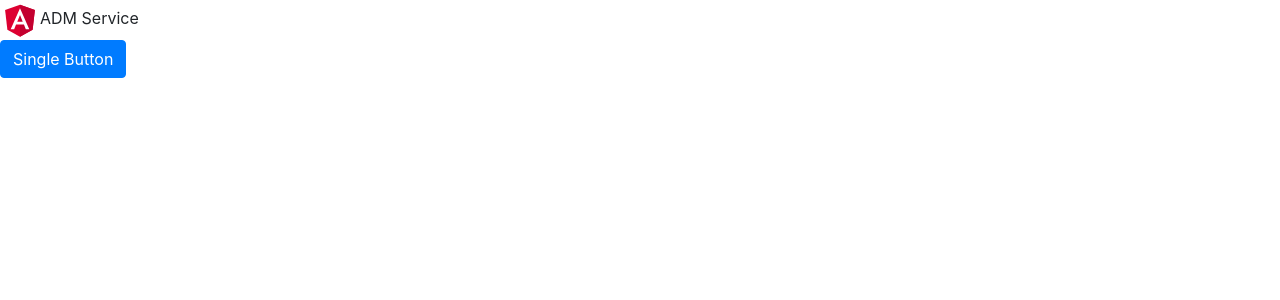
Repository: jpalacio9702/ADM
Page: / (app in frontend/ADM/)
These files come from the project's save history. The page is drawn as it stood at one moment and after the next save; the edit follows.
The browser window is 1280 px wide. The pictures show the whole page.
The project was rebuilt for these pictures with package versions that can differ from the ones it lists, and the page was loaded fresh each time. Also part of the build but not shown: frontend/ADM/angular.json.

Above is the page before, as saved 2021-03-16 19:05:14.

After the next save:
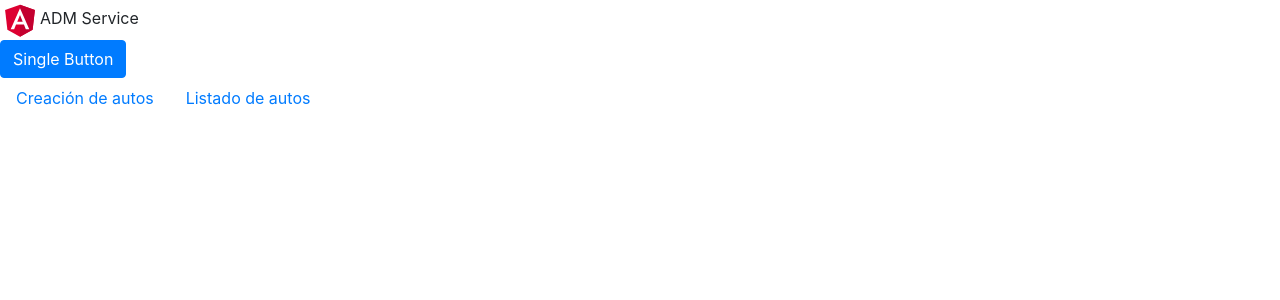
Saved 7 s later.
--- a/frontend/ADM/src/app/app.component.html
+++ b/frontend/ADM/src/app/app.component.html
@@ -12,4 +12,12 @@
 <button type="button" class="btn btn-primary">
   Single Button
 </button>
+<ul class="nav navbar-dark bg-default">
+  <li class="nav-item" [routerLinkActive]="['active']" [routerLinkActiveOptions]="{exact:true}">
+    <a class="nav-link" aria-current="page" [routerLink]="['/']">Creación de autos</a>
+  </li>
+  <li class="nav-item" [routerLinkActive]="['active']" [routerLinkActiveOptions]="{exact:true}">
+    <a class="nav-link" [routerLink]="['/listar']">Listado de autos</a>
+  </li>
+</ul>
 <router-outlet></router-outlet>
